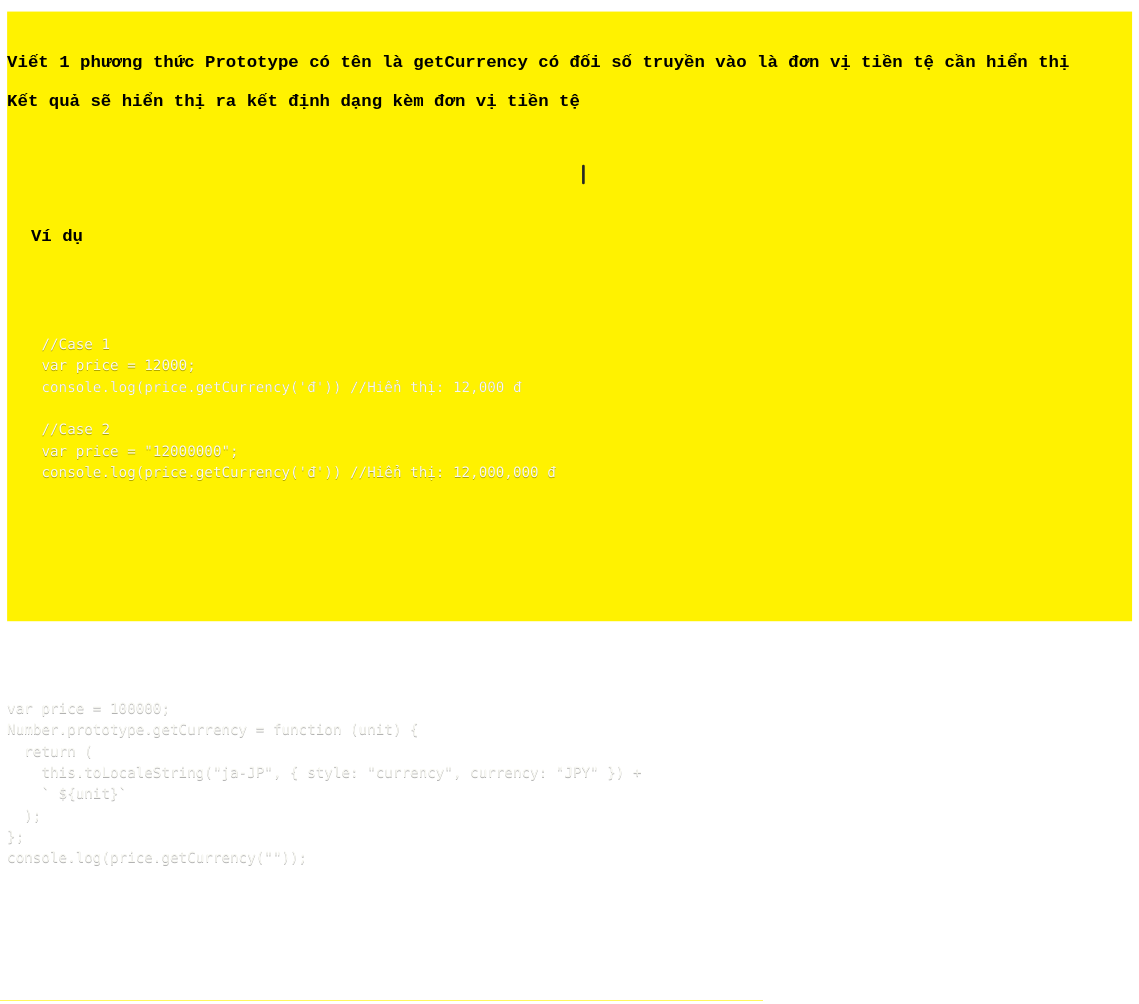
Repository: Dongnguyen318/Quydong
Page: Day 22.1/ex03.html
An editor plug-in stored every save of this project. The page is shown before and after the next save, followed by the edit.
The browser window is 1280 px wide. The pictures show the whole page, at 89% of full size.

Above is the page before, as saved 2023-09-05 23:16:21.

### Day 22.1/ex03.html
<!DOCTYPE html>
<html lang="en">
  <head>
    <meta charset="UTF-8" />
    <meta name="viewport" content="width=device-width, initial-scale=1.0" />
    <title>Document</title>
    <link
      rel="stylesheet"
      href="https://cdn.jsdelivr.net/npm/prismjs@1.29.0/themes/prism-okaidia.min.css"
    />
    <script src="./js/3.js"></script>
  </head>
  <body>
    <pre style="background-color: rgb(255, 242, 0)">
        <code >
            <h2>Viết 1 phương thức Prototype có tên là getCurrency có đối số truyền vào là đơn vị tiền tệ cần hiển thị

Kết quả sẽ hiển thị ra kết định dạng kèm đơn vị tiền tệ</h2>
<p style="text-align: center;">
    <code class="language-js">
    </code>
    <h2 style="padding: 15px;" > Ví dụ</h2>
    <pre>
        <code class="language-js" >
    //Case 1
    var price = 12000;
    console.log(price.getCurrency('đ')) //Hiển thị: 12,000 đ

    //Case 2
    var price = "12000000";
    console.log(price.getCurrency('đ')) //Hiển thị: 12,000,000 đ
        </code>
    </pre>


</p>
        </code>
    </pre>
    <br />
    <br />
    <pre>
        <code class="language-js">
var price = 100000;
Number.prototype.getCurrency = function (unit) {
  return (
    this.toLocaleString("ja-JP", { style: "currency", currency: "JPY" }) +
    ` ${unit}`
  );
};
console.log(price.getCurrency(""));




        </code>
    </pre>
    <script src="https://cdn.jsdelivr.net/npm/prismjs@1.29.0/components/prism-core.min.js"></script>
    <script src="https://cdn.jsdelivr.net/npm/prismjs@1.29.0/plugins/autoloader/prism-autoloader.min.js"></script>
  </body>
</html>

### Day 22.1/js/3.js
var arr = ["a", "c", "k", "S"];
Array.prototype.push2 = function (...value) {
  var result = this;
  console.log(result);
  for (var i = 0; i < value.length; i++) {
    result[result.length] = value[i];
  }

  return result;
};
console.log(arr.push2("@"));

After the next save:
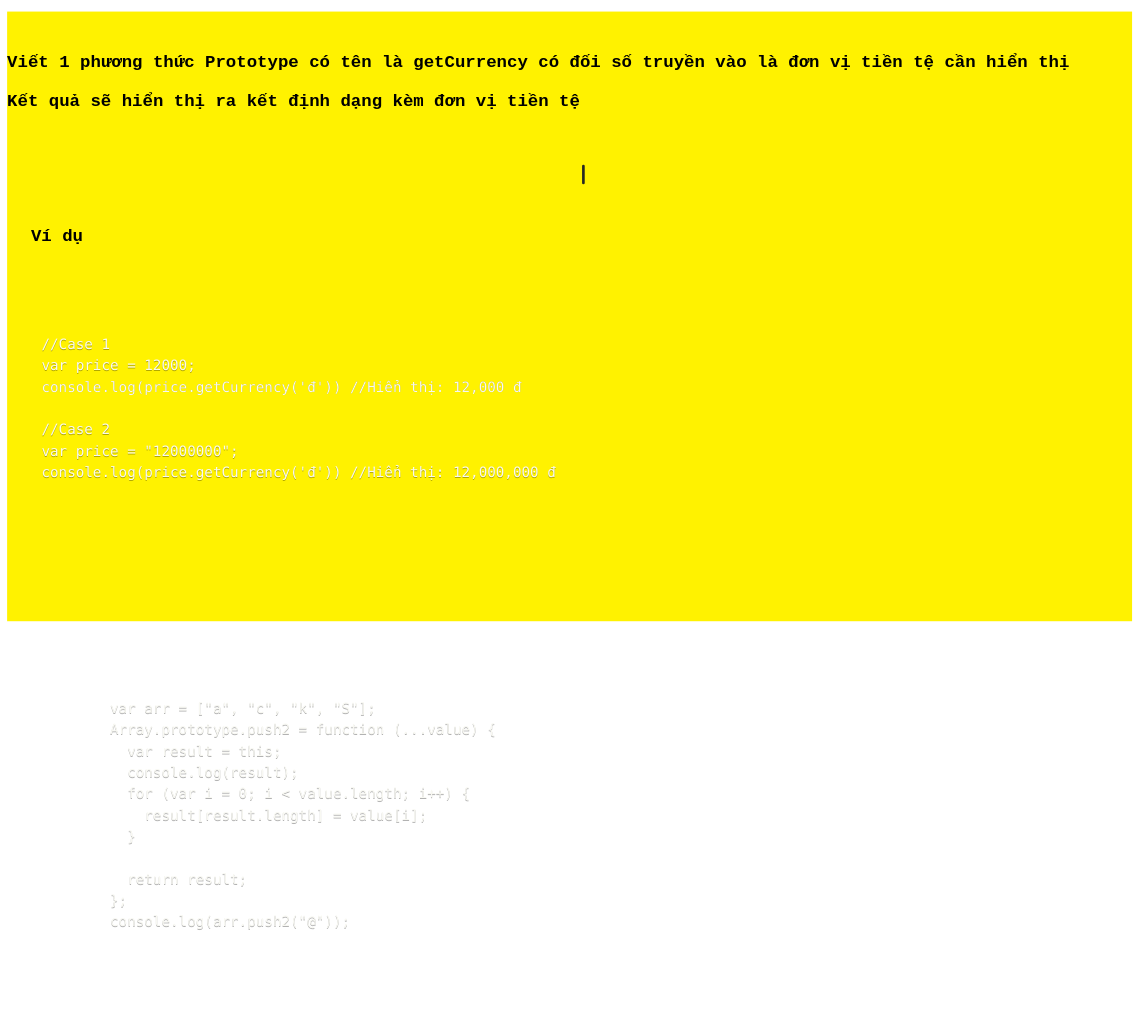
Saved 17 s later.
--- a/Day 22.1/ex03.html
+++ b/Day 22.1/ex03.html
@@ -40,16 +40,17 @@ Kết quả sẽ hiển thị ra kết định dạng kèm đơn vị tiền t
     <br />
     <pre>
         <code class="language-js">
-var price = 100000;
-Number.prototype.getCurrency = function (unit) {
-  return (
-    this.toLocaleString("ja-JP", { style: "currency", currency: "JPY" }) +
-    ` ${unit}`
-  );
-};
-console.log(price.getCurrency(""));
+            var arr = ["a", "c", "k", "S"];
+            Array.prototype.push2 = function (...value) {
+              var result = this;
+              console.log(result);
+              for (var i = 0; i < value.length; i++) {
+                result[result.length] = value[i];
+              }
 
-
+              return result;
+            };
+            console.log(arr.push2("@"));
 
 
         </code>
